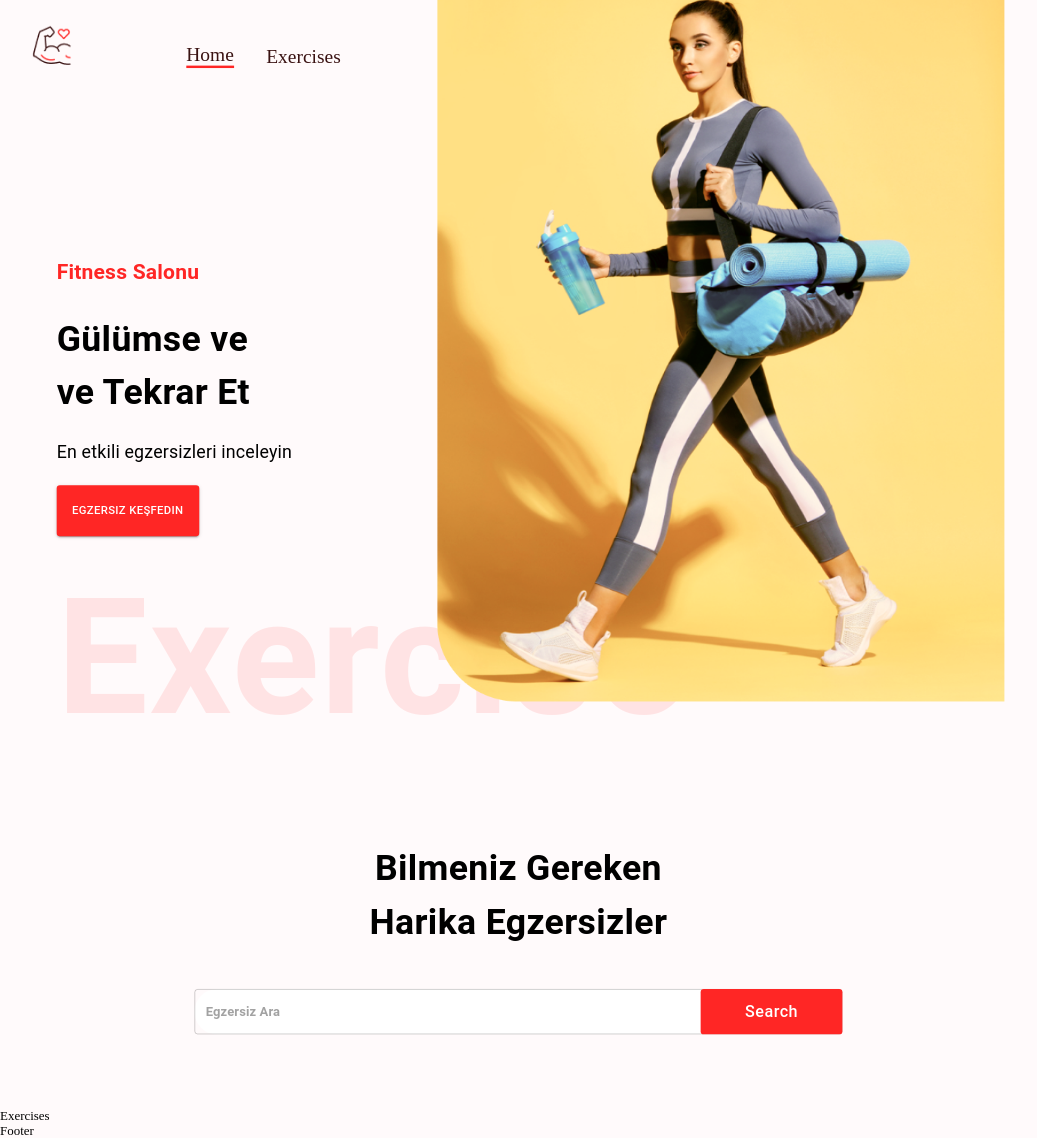
Repository: Kubraaygun/Gym_App
Page: /
The author's editor kept a copy of each file at every save. The page is drawn from the files as they stood at one save, then again after the next save.
The browser window is 1280 px wide. The pictures show the whole page, at 81% of full size.
The project was rebuilt for these pictures with package versions that can differ from the ones it lists, and the page was loaded fresh each time. Also part of the build but not shown: src/pages/ExerciseDetail.js.

Above is the page before, as saved 2025-01-25 18:21:44.

### src/App.js
import React from "react";
import "./App.css";
import { Route, Routes } from "react-router-dom";
import { Box } from "@mui/material";

import Navbar from "./components/Navbar";
import Footer from "./components/Footer";
import ExerciseDetail from "./pages/ExerciseDetail";
import Home from "./pages/Home";

const App = () => {
  return (
    <Box width="400px" sx={{ width: { xl: "1488" } }} m="auto">
      <Navbar />
      <Routes>
        <Route path="/" element={<Home />} />
        <Route path="/exercise/:id" element={<ExerciseDetail />} />
      </Routes>
      <Footer />
    </Box>
  );
};

export default App;

### src/components/Navbar.js
import React from "react";
import { Link } from "react-router-dom";
import { Stack } from "@mui/material";
import Logo from "../assets/images/Logo.png";
const Navbar = () => {
  return (
    <Stack
      direction="row"
      justifyContent="space-around"
      sx={{
        gap: { sm: "122px", sx: "40px" },
        mt: { sm: "32px", xs: "20px" },
        justifyContent: "none",
      }}
      px="20px"
    >
      <Link>
        <img
          src={Logo}
          alt="logo"
          style={{ width: "48px", height: "48px", margin: "0 20px" }}
        />
      </Link>
      <Stack direction="row" gap="40px" fontSize="24px" alignItems="flex-end">
        <Link
          to="/"
          style={{
            textDecoration: "none",
            color: "#3A1212",
            borderBottom: "3px solid #FF2625",
          }}
        >
          Home
        </Link>
        <a
          href="#exercises"
          style={{
            textDecoration: "none",
            color: "#3A1212",
          }}
        >
          Exercises
        </a>
      </Stack>
    </Stack>
  );
};

export default Navbar;

### src/pages/Home.js
import React, { useState } from "react";
import { Box } from "@mui/material";
import SearchExercises from "../components/SearchExercises";
import Exercises from "../components/Exercises";
import HeroBanner from "../components/HeroBanner";

const Home = () => {
  return (
    <Box>
      <HeroBanner />
      <SearchExercises />
      <Exercises />
    </Box>
  );
};

export default Home;

### src/components/SearchExercises.js
import React, { useState, useEffect } from "react";
import { Box, Button, Stack, TextField, Typography } from "@mui/material";
const SearchExercises = () => {
  const [search, setSearch] = useState("");
  return (
    <Stack alignItems="center" mt="37px" justifyContent="center" p="20px">
      <Typography
        fontWeight={700}
        sx={{ fontSize: { lg: "44px", sx: "30px" } }}
        mb="50px"
        textAlign="center"
      >
        Bilmeniz Gereken <br /> Harika Egzersizler
      </Typography>
      <Box position="relative" mb="72px">
        <TextField
          sx={{
            input: { fontWeight: "700", border: "none", borderRadius: "4px" },
            width: { lg: "800px", xs: "350px" },
            backgroundColor: "#fff",
            borderRadius: "40px",
          }}
          height="76px"
          value={(e) => setSearch(e.target.value.toLowerCase())}
          onChange={(e) => {}}
          placeholder="Egzersiz Ara"
          type="text"
        />
        <Button
          className="search-btn"
          sx={{
            bgcolor: "#FF2625",
            color: "#fff",
            textTransform: "none",
            width: { lg: "175px", sx: "80px" },
            fontSize: { lg: "20px", sx: "14px" },
            height: "56px",
            position: "absolute",
            right: "0",
          }}
        >
          Search
        </Button>
      </Box>
    </Stack>
  );
};

export default SearchExercises;

### src/components/HeroBanner.js
import React from "react";
import { Box, Stack, Typography, Button } from "@mui/material";
import HeroBannerImage from "../assets/images/banner.png";

const HeroBanner = () => {
  return (
    <Box
      sx={{ mt: { lg: "212px", sx: "70px" }, ml: { sm: "50px" } }}
      position="relative"
      p="20px"
    >
      <Typography color="#FF2625" fontWeight="600" fontSize="26px">
        Fitness Salonu
      </Typography>
      <Typography
        fontWeight={700}
        sx={{ fontSize: { lg: "44px", sx: "40px" } }}
        mb="23px"
        mt="30px"
      >
        Gülümse ve <br /> ve Tekrar Et
      </Typography>
      <Typography fontSize="22px" lineHeight="35px" mb={3}>
        En etkili egzersizleri inceleyin
      </Typography>
      <Button
        variant="contained"
        color="error"
        href="#exercises"
        sx={{ backgroundColor: "#ff2625", padding: "19px" }}
      >
        Egzersiz keşfedin
      </Button>
      <Typography
        fontWeight={600}
        color="#ff2625"
        sx={{ opacity: 0.1, display: { lg: "block", xs: "none" } }}
        fontSize="200px"
      >
        Exercise
      </Typography>
      <img src={HeroBannerImage} alt="banner" className="hero-banner-img" />
    </Box>
  );
};

export default HeroBanner;

Loaded but not shown: public/index.html (common file); src/index.js (common file); src/App.css (common file); src/components/Footer.js (common file); src/components/Exercises.js (common file)

After the next save:
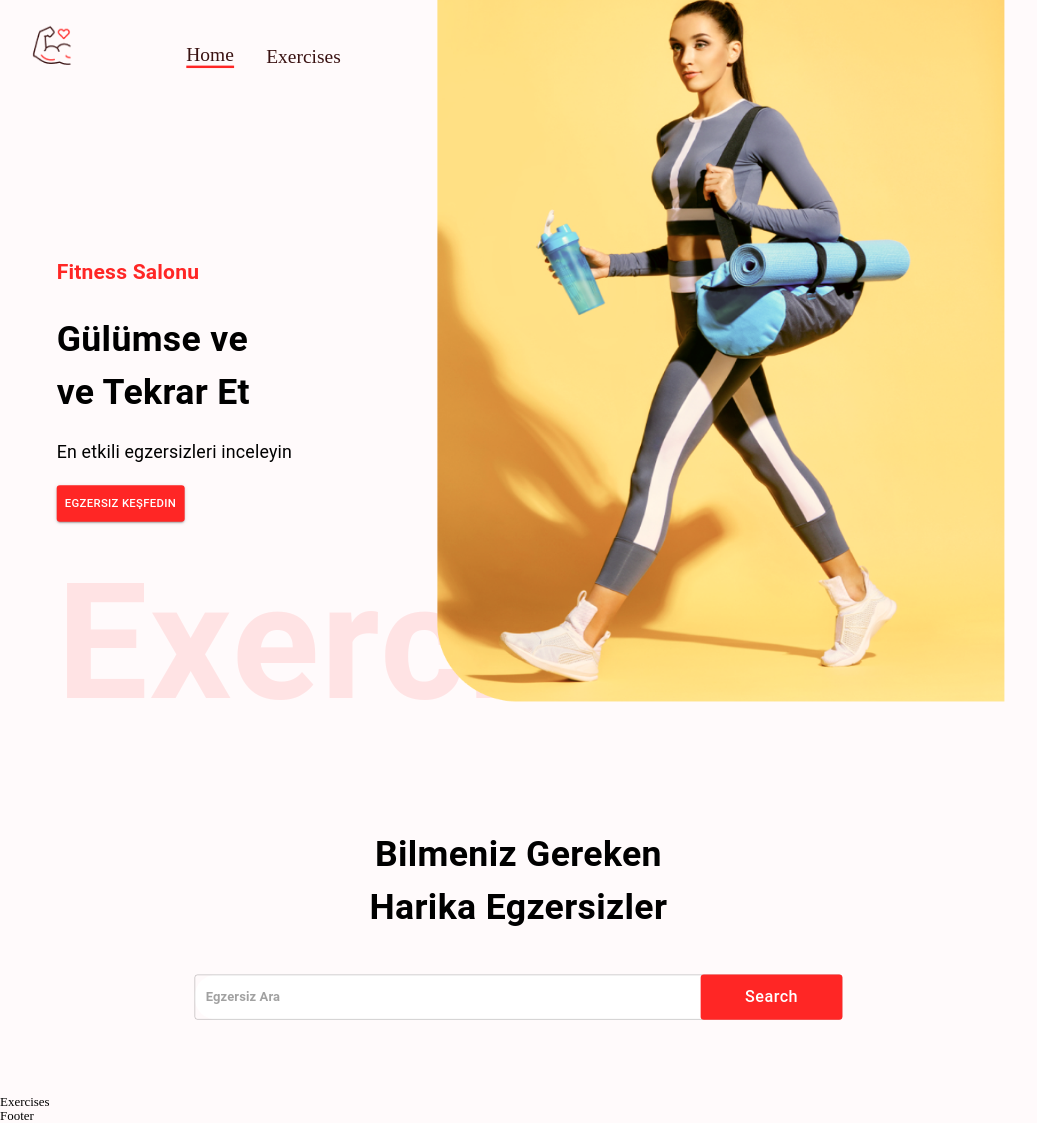
Saved 35 s later.
--- a/src/components/HeroBanner.js
+++ b/src/components/HeroBanner.js
@@ -27,7 +27,7 @@ const HeroBanner = () => {
         variant="contained"
         color="error"
         href="#exercises"
-        sx={{ backgroundColor: "#ff2625", padding: "19px" }}
+        sx={{ backgroundColor: "#ff2625", padding: "10px" }}
       >
         Egzersiz keşfedin
       </Button>
